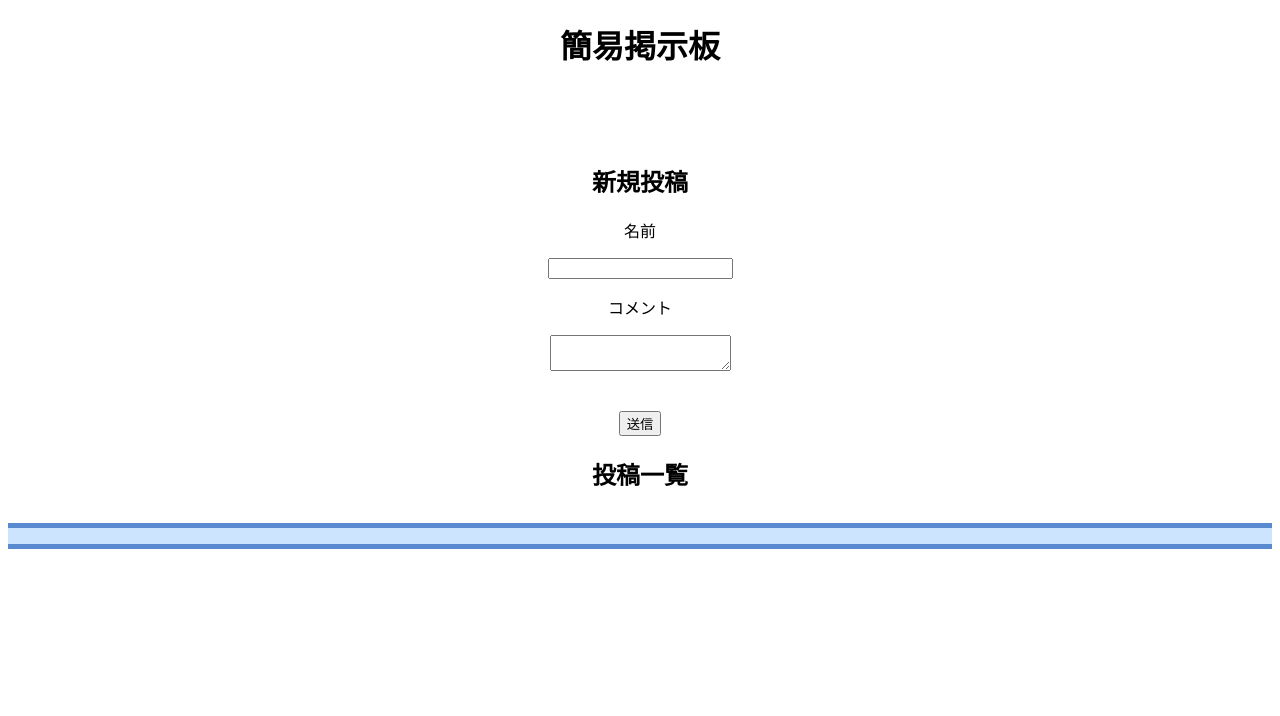
Repository: kakutoshi/test
Page: http://localhost/
These files come from the project's save history. The page is drawn as it stood at one moment and after the next save; the edit follows.
The browser window is 1280 px wide. The pictures show the whole page.
The page is run by PHP 8.4 with error messages shown; the project is at /var/www/html/. Queries for data that is not in the repository find no rows.

Above is the page before, as saved 2022-04-18 02:24:28.

### it06/htdocs/BBS/index.php
<!DOCTYPE html>
<html lang="ja">
<head>
<meta charset="utf-8">
<meta name="viewport" content="width=device-width,initial-scale=1.0">

<title>掲示板</title>

	<link rel="stylesheet" href="css/common.css">



</head>
<body>

<h1>簡易掲示板</h1>
<br>
<br>
<br>




<h2>新規投稿</h2>

	<form action="kanryou.php" method="post">
		<p>名前</p>
		<input type="text" name="a">
		<p>コメント</p>
		<textarea name="b"></textarea>
				<br>
		<br>
		<br>
		<input type="submit" value="送信">



	</form>



<h2>投稿一覧</h2>
<div class = "box">
<?php

$db = new PDO("mysql:host=127.0.0.1;dbname=BBS;charset=utf8", "root", "");



$n = $db->query("SELECT * FROM tb1 ORDER BY no DESC limit 20");
while ($i = $n -> fetch()) {
    print "{$i['no']}:{$i['name']}{$i['time']}<br>" . nl2br($i['message']) . "<hr>";
}

?>

</div>

</body>


</html>

### it06/htdocs/BBS/css/common.css
@charset "UTF-8";

body{
	text-align:center;
	background-color:white;
	font-family:inherit;

}

.box{
	padding:8px 19px;
	margin: 2em 0;
	color:#2c2c2f;
	background: #cde4ff;
	border-top: solid 5px #5989cf;
	border-bottom: solid 5px #5989cf;
}

After the next save:
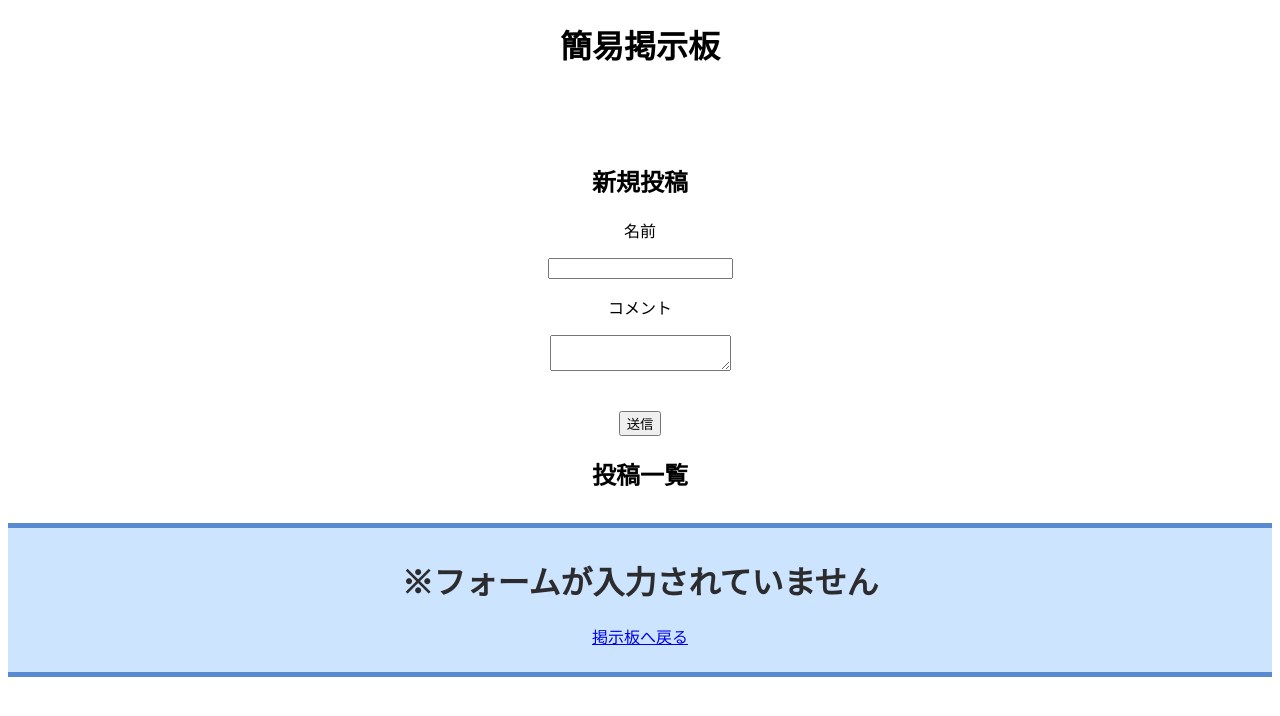
Saved 3 min 17 s later.
--- a/it06/htdocs/BBS/index.php
+++ b/it06/htdocs/BBS/index.php
@@ -23,7 +23,7 @@
 
 <h2>新規投稿</h2>
 
-	<form action="kanryou.php" method="post">
+	<form action="index.php" method="post">
 		<p>名前</p>
 		<input type="text" name="a">
 		<p>コメント</p>
@@ -41,6 +41,28 @@
 
 <h2>投稿一覧</h2>
 <div class = "box">
+<?php
+if (! empty($_POST["a"]) && ! empty($_POST["b"])) {
+    $a = htmlspecialchars($_POST["a"], ENT_QUOTES);
+    $b = htmlspecialchars($_POST["b"], ENT_QUOTES);
+
+    $db = new PDO("mysql:host=127.0.0.1;dbname=BBS;charset=utf8", "root", "");
+
+
+
+    $db->query("INSERT INTO tb1(no,name,message,time)
+VALUES(NULL,'$a','$b',NOW())");
+
+    print "<h1>コメント送信完了しました</h1>";
+    print "<p><a href=index.php>掲示板へ戻る</a></p>";
+} else {
+
+    print "<h1>※フォームが入力されていません</h1>";
+    print "<p><a href=index.php>掲示板へ戻る</a></p>";
+}
+
+?>
+
 <?php
 
 $db = new PDO("mysql:host=127.0.0.1;dbname=BBS;charset=utf8", "root", "");

After the save that followed:
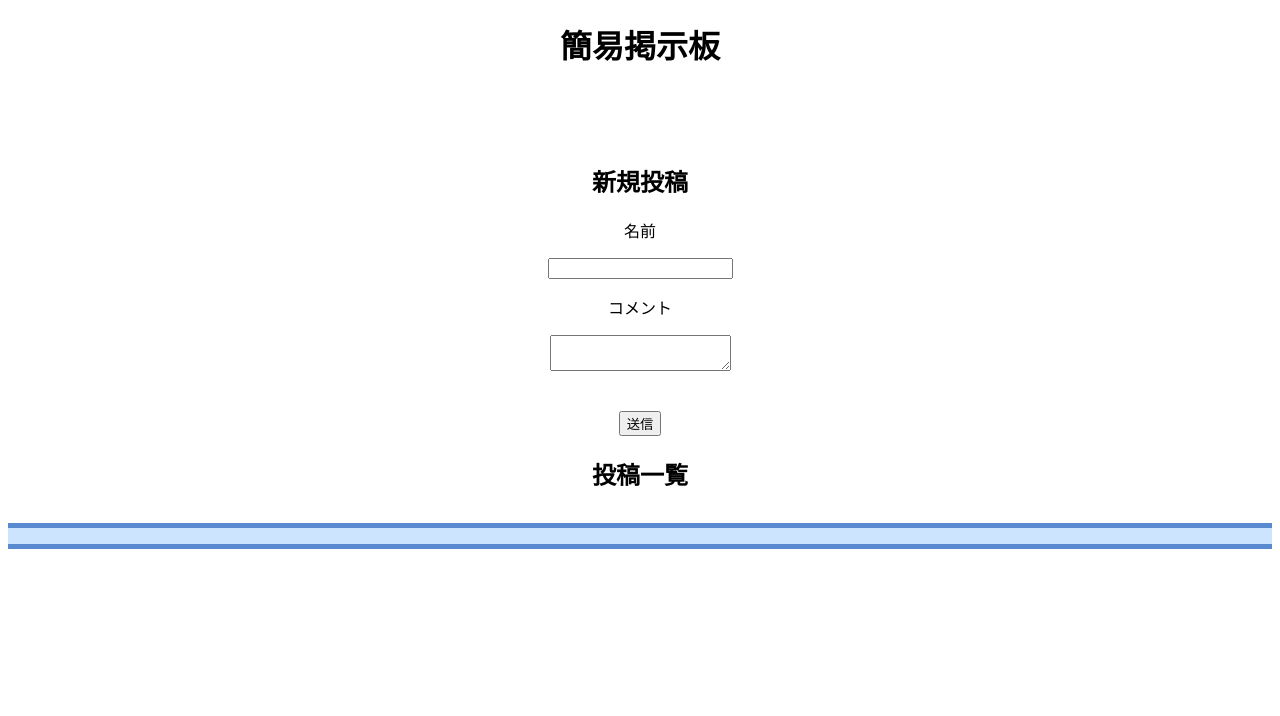
Saved 4 min 50 s later.
--- a/it06/htdocs/BBS/index.php
+++ b/it06/htdocs/BBS/index.php
@@ -42,7 +42,7 @@
 <h2>投稿一覧</h2>
 <div class = "box">
 <?php
-if (! empty($_POST["a"]) && ! empty($_POST["b"])) {
+if ($_POST) {
     $a = htmlspecialchars($_POST["a"], ENT_QUOTES);
     $b = htmlspecialchars($_POST["b"], ENT_QUOTES);
 
@@ -50,16 +50,12 @@
 
 
 
+
     $db->query("INSERT INTO tb1(no,name,message,time)
 VALUES(NULL,'$a','$b',NOW())");
 
-    print "<h1>コメント送信完了しました</h1>";
-    print "<p><a href=index.php>掲示板へ戻る</a></p>";
-} else {
+}
 
-    print "<h1>※フォームが入力されていません</h1>";
-    print "<p><a href=index.php>掲示板へ戻る</a></p>";
-}
 
 ?>
 
